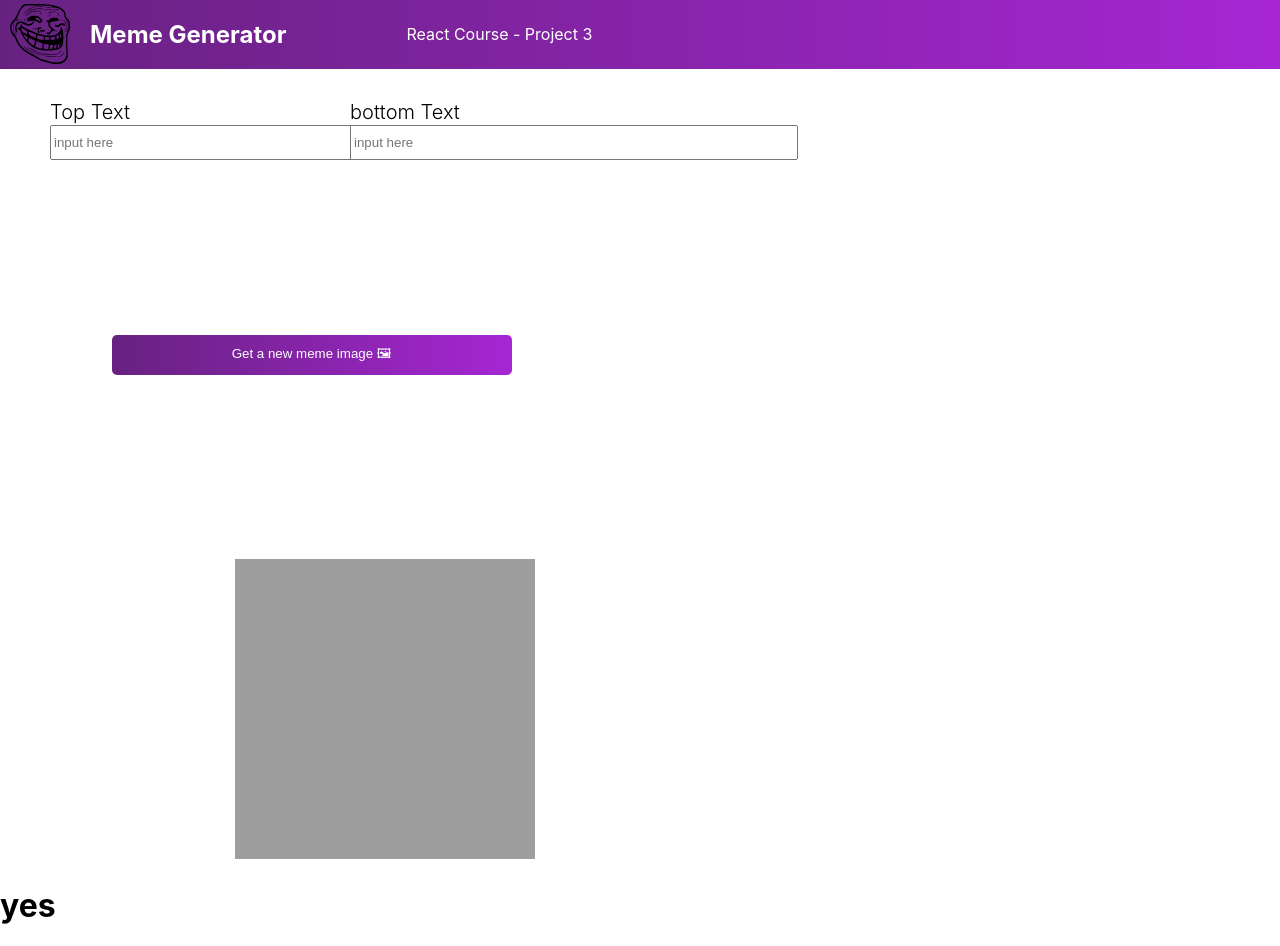
Repository: mortiestmorty1/meme-generator-react
Page: /
An editor plug-in stored every save of this project. The page is shown before and after a run of saves, followed by the edit.
The browser window is 1280 px wide. The pictures show the whole page.
Pictures or frames that could not be fetched are drawn as grey boxes. The project was rebuilt for these pictures with package versions that can differ from the ones it lists, and the page was loaded fresh each time.

Above is the page before, as saved 2024-01-19 17:40:40.

After the next 3 saves:
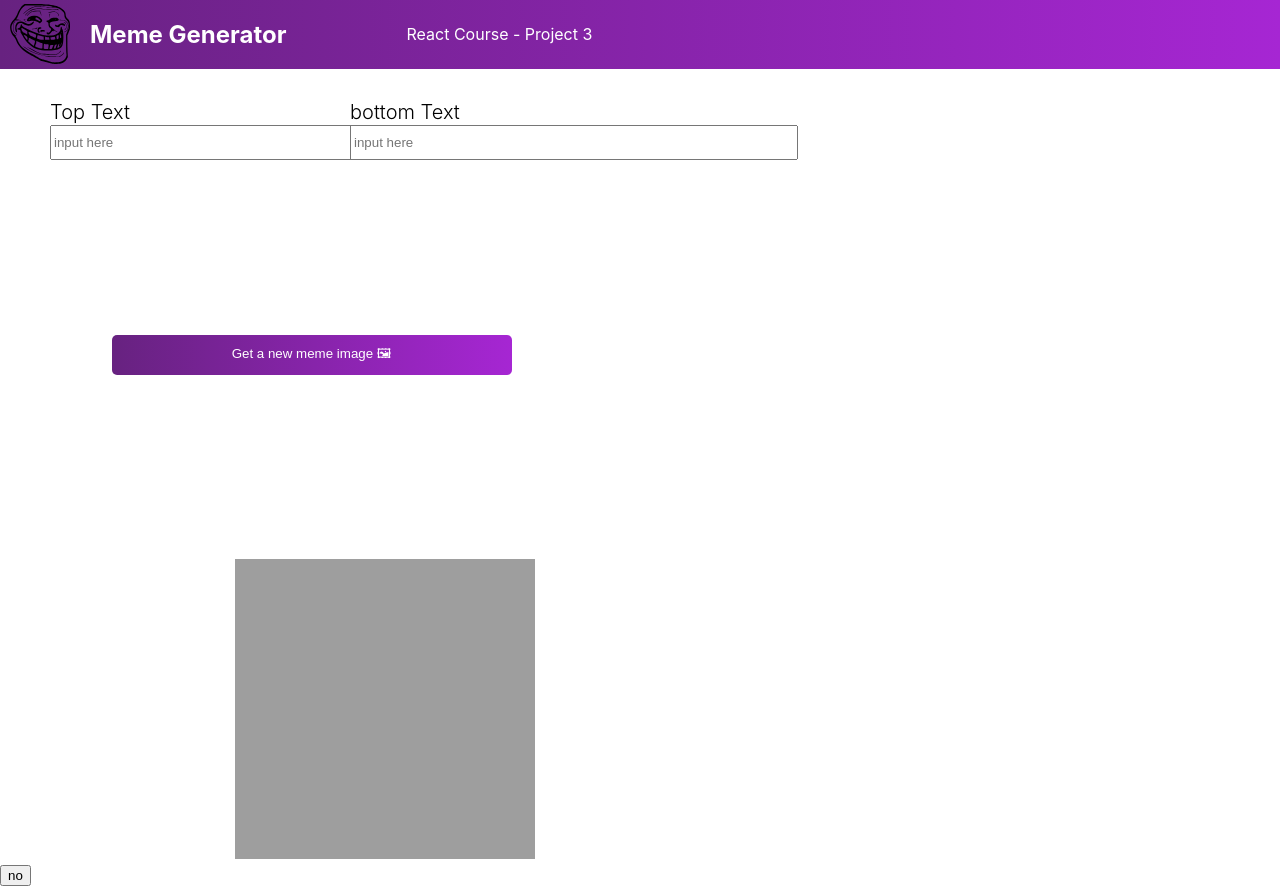
The 3 saves are shown as one change because 2 did not build or start.
The last was saved 4 min 26 s later.
--- a/src/App.js
+++ b/src/App.js
@@ -5,13 +5,17 @@ import Navbar from "./components/Navbar";
 import Inputs from "./components/inputs";
 import { useState } from 'react';
 function App() {
-  const out =true
-
+  const [out ,setOut] = useState(false)
+   function handleClick () {
+    out===true ? setOut(false) : setOut(true)
+    out===false ? setOut(true) : setOut(false)
+   }
   return (
     <div className="App">
       <Navbar />
       <Inputs />
-      <h1>{out===true ? "yes" : "no"}</h1>
+      <button onClick={handleClick}>{out===true ? "yes" : "no"}</button>
+
     </div>
   );
 }
